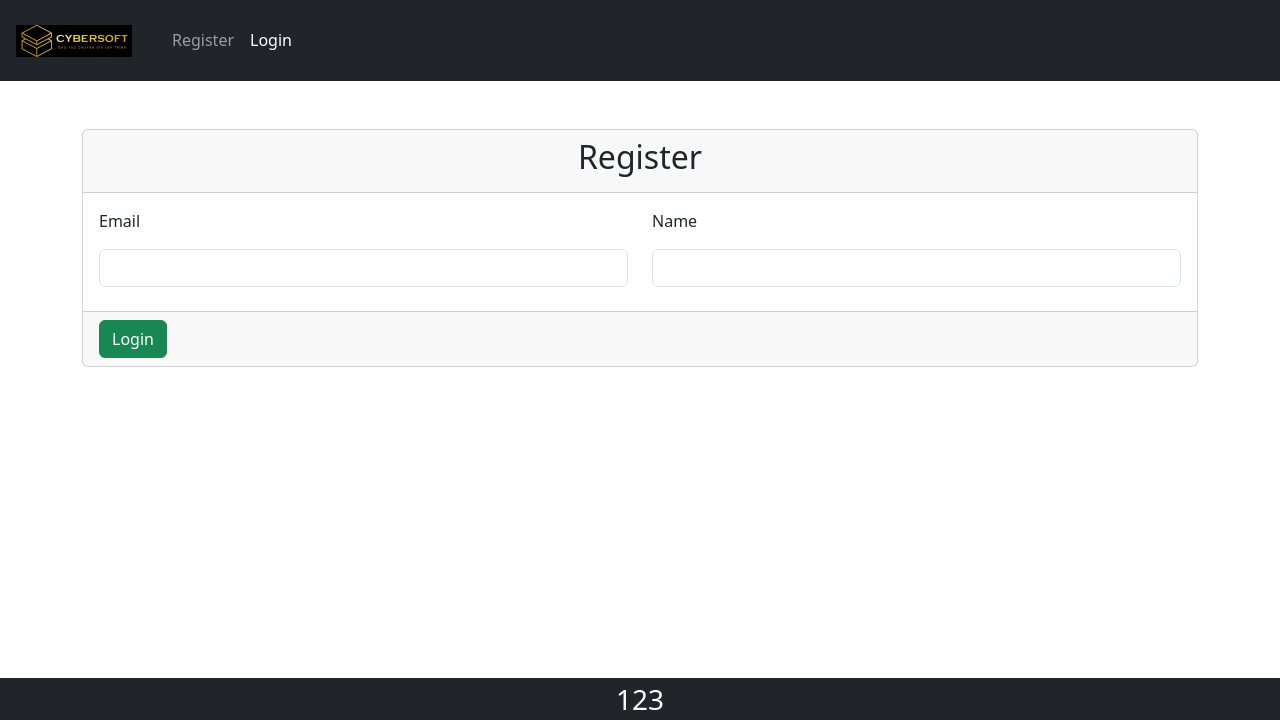
Repository: KhoiNguyen77/react-capstone
Page: /login
The author's editor kept a copy of each file at every save. The page is drawn from the files as they stood at one save, then again after the next save.
The browser window is 1280 px wide. The pictures show the whole page.
The project was rebuilt for these pictures with package versions that can differ from the ones it lists, and the page was loaded fresh each time. Also part of the build but not shown: src/util/config.jsx, src/Redux/Reducer/userReducer.jsx, src/pages/Register.jsx.

Above is the page before, as saved 2023-06-15 16:00:27.

### public/index.html
<!DOCTYPE html>
<html lang="en">

<head>
  <meta charset="utf-8" />
  <link rel="icon" href="%PUBLIC_URL%/favicon.ico" />
  <meta name="viewport" content="width=device-width, initial-scale=1" />
  <meta name="theme-color" content="#000000" />
  <meta name="description" content="Web site created using create-react-app" />
  <link rel="apple-touch-icon" href="%PUBLIC_URL%/logo192.png" />
  <!--
      manifest.json provides metadata used when your web app is installed on a
      user's mobile device or desktop. See https://developers.google.com/web/fundamentals/web-app-manifest/
    -->
  <link rel="manifest" href="%PUBLIC_URL%/manifest.json" />
  <!--
      Notice the use of %PUBLIC_URL% in the tags above.
      It will be replaced with the URL of the `public` folder during the build.
      Only files inside the `public` folder can be referenced from the HTML.

      Unlike "/favicon.ico" or "favicon.ico", "%PUBLIC_URL%/favicon.ico" will
      work correctly both with client-side routing and a non-root public URL.
      Learn how to configure a non-root public URL by running `npm run build`.
    -->
  <link href="https://cdn.jsdelivr.net/npm/bootstrap@5.3.0/dist/css/bootstrap.min.css" rel="stylesheet"
    integrity="sha384-9ndCyUaIbzAi2FUVXJi0CjmCapSmO7SnpJef0486qhLnuZ2cdeRhO02iuK6FUUVM" crossorigin="anonymous">
  <title>Capstone React</title>
</head>

<body>
  <noscript>You need to enable JavaScript to run this app.</noscript>
  <div id="root"></div>
  <!--
      This HTML file is a template.
      If you open it directly in the browser, you will see an empty page.

      You can add webfonts, meta tags, or analytics to this file.
      The build step will place the bundled scripts into the <body> tag.

      To begin the development, run `npm start` or `yarn start`.
      To create a production bundle, use `npm run build` or `yarn build`.
    -->
</body>
<script src="https://cdn.jsdelivr.net/npm/bootstrap@5.3.0/dist/js/bootstrap.bundle.min.js"
  integrity="sha384-geWF76RCwLtnZ8qwWowPQNguL3RmwHVBC9FhGdlKrxdiJJigb/j/68SIy3Te4Bkz" crossorigin="anonymous"></script>

</html>

### src/index.js
import React from 'react';
import ReactDOM from 'react-dom/client';
import { store } from './Redux/configStore';
import { unstable_HistoryRouter as HistoryRouter, Route, Routes } from 'react-router-dom';
import { Provider } from 'react-redux';
import HomeTemplate from './Template/HomeTemplate';
import { createBrowserHistory } from 'history'
import Register from './pages/Register';
import Login from './pages/Login';
export const customNavigate = createBrowserHistory();
const root = ReactDOM.createRoot(document.getElementById('root'));
root.render(
  <Provider store={store}>
    <HistoryRouter history={customNavigate}>
      <Routes>
        <Route path='/' element={<HomeTemplate></HomeTemplate>}>
          <Route path='/register' element={<Register></Register>}></Route>
          <Route path='/login' element={<Login></Login>}></Route>
        </Route>
      </Routes>
    </HistoryRouter>
  </Provider>
);

// If you want to start measuring performance in your app, pass a function
// to log results (for example: reportWebVitals(console.log))
// or send to an analytics endpoint. Learn more: https://bit.ly/CRA-vitals

### src/Redux/configStore.jsx
import {configureStore} from '@reduxjs/toolkit';


export const store = configureStore({
    reducer: {

    }
})

### src/Template/HomeTemplate.jsx
import React from 'react'



import { createBrowserHistory } from 'history'
import { NavLink, Outlet } from 'react-router-dom'
import Header from '../Component/Header'



const HomeTemplate = () => {
    return <div>
        <div className='header' style={{minHeight: '10vh'}}>
            <Header></Header>
        </div>
        <div className="content" style={{minHeight: '66vh'}}>
            <Outlet></Outlet>
        </div>
        <footer className='fs-3 text-center text-white bg-dark fixed-bottom'>
            123
        </footer>
    </div>
}

export default HomeTemplate

### src/pages/Login.jsx
import React from 'react'

const Login = () => {
    return (
        <div className='container mt-5'>
            <form className='card form-group'>
                <div className="card-header">
                    <h2 className='text-center'>Register</h2>
                </div>
                <div className="card-body">
                    <div className="row">
                        <div className="col-md-6 col-12">
                            <p className='d-inline-block me-2'>Email</p>
                            <input type="email" className='form-control mb-2' id='email' name='email' />
                        </div>
                        <div className="col-md-6 col-12">
                            <p className='d-inline-block me-2'>Name</p>
                            <input type="text" className='form-control mb-2' id='name' name='name' />
                        </div>
                    </div>
                </div>
                <div className="card-footer">
                    <button type='submit' className='btn btn-success'>Login</button>
                </div>
            </form>
        </div>
    )
}

export default Login

### src/Component/Header.jsx
import React from 'react'
import { NavLink } from 'react-router-dom'

const Header = () => {
    return (
        <nav className="navbar navbar-expand-sm navbar-dark bg-dark">
            <NavLink className="navbar-brand p-3" to="/">
                <img src='./images/image 3.png' alt='logo'></img>
            </NavLink>
            <button className="navbar-toggler d-lg-none" type="button" data-bs-toggle="collapse" data-bs-target="#collapsibleNavId" aria-controls="collapsibleNavId" aria-expanded="false" aria-label="Toggle navigation" />
            <div className="collapse navbar-collapse" id="collapsibleNavId">
                <ul className="navbar-nav me-auto mt-2 mt-lg-0">
                    <li className="nav-item">
                        <NavLink className="nav-link" to="/register">Register</NavLink>
                    </li>
                    <li className="nav-item">
                    <NavLink className="nav-link" to="/login">Login</NavLink>
                    </li>
                </ul>
            </div>
        </nav>)
}

export default Header

After the next save:
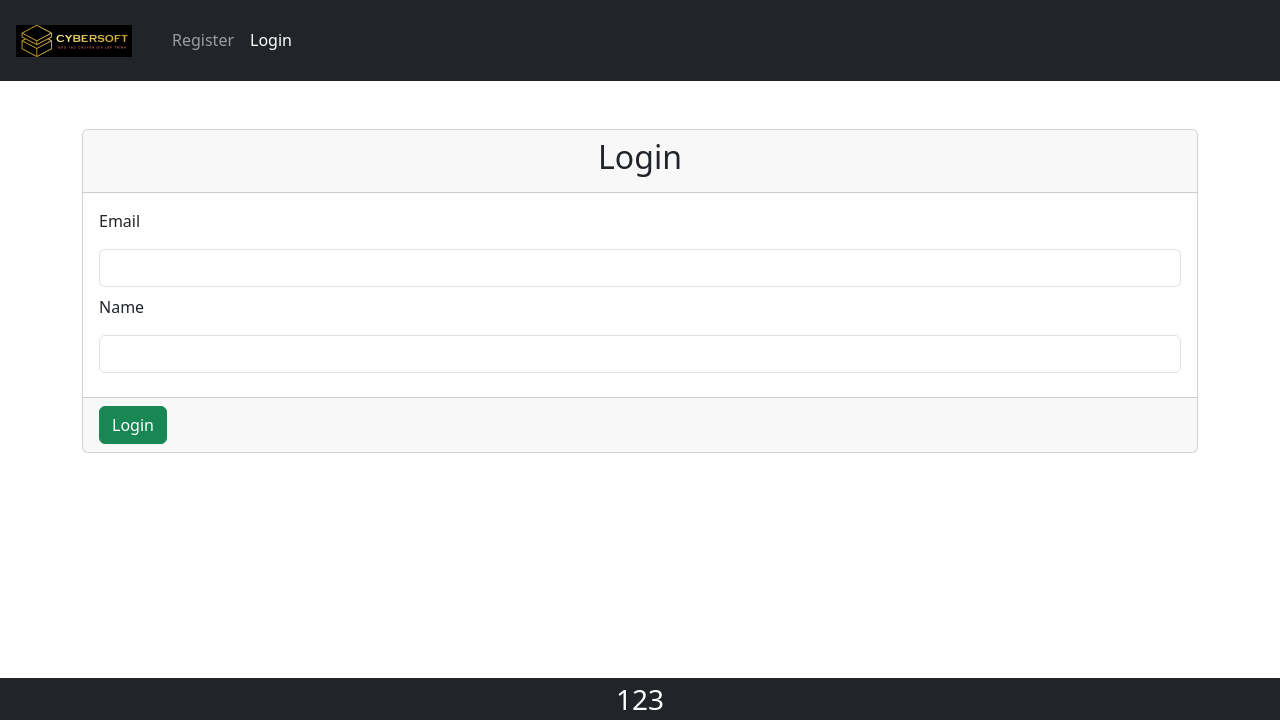
Saved 15 s later.
--- a/src/pages/Login.jsx
+++ b/src/pages/Login.jsx
@@ -5,15 +5,15 @@
         <div className='container mt-5'>
             <form className='card form-group'>
                 <div className="card-header">
-                    <h2 className='text-center'>Register</h2>
+                    <h2 className='text-center'>Login</h2>
                 </div>
                 <div className="card-body">
                     <div className="row">
-                        <div className="col-md-6 col-12">
+                        <div className=" col-12">
                             <p className='d-inline-block me-2'>Email</p>
                             <input type="email" className='form-control mb-2' id='email' name='email' />
                         </div>
-                        <div className="col-md-6 col-12">
+                        <div className=" col-12">
                             <p className='d-inline-block me-2'>Name</p>
                             <input type="text" className='form-control mb-2' id='name' name='name' />
                         </div>
